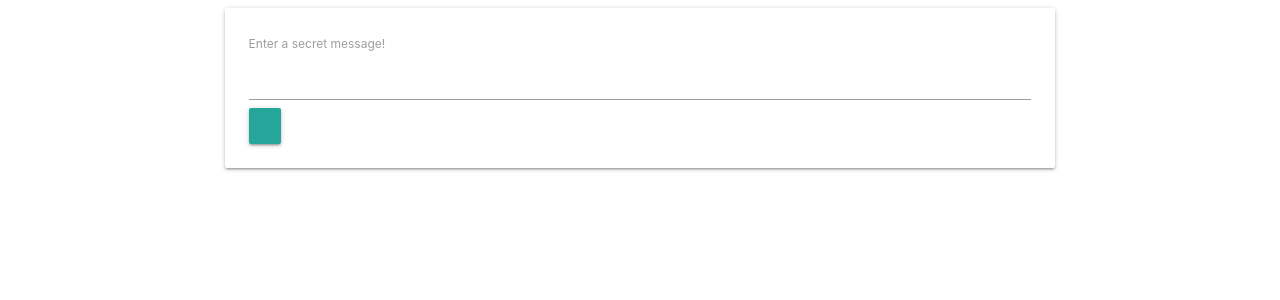
Repository: Sbethm/secret-message-sharing-app
Page: index.html
The author's editor kept a copy of each file at every save. The page is drawn from the files as they stood at one save, then again after the next save.
The browser window is 1280 px wide. The pictures show the whole page.

Above is the page before, as saved 2021-10-11 16:02:33.

### index.html
<!DOCTYPE html>
<html lang="en">
<head>
    <meta charset="UTF-8">
    <meta http-equiv="X-UA-Compatible" content="IE=edge">
    <meta name="viewport" content="width=device-width, initial-scale=1.0">
    <link rel="stylesheet" href="https://cdnjs.cloudflare.com/ajax/libs/materialize/1.0.0/css/materialize.min.css">
    <title>Secret Message Sharing App with Friends!</title>
</head>
<body>
    <div class="row">
        <div class="col s8 offset-s2">
            <div class="card-panel">
                <form action="">
                    <label for="">Enter a secret message!</label>
                    <input />
                    <button class="btn"></button>
                </form>
            </div>
        </div>
    </div>
    <script src="apps.js"></script>
</body>
</html>

Loaded but not shown: apps.js (common file)

After the next save:
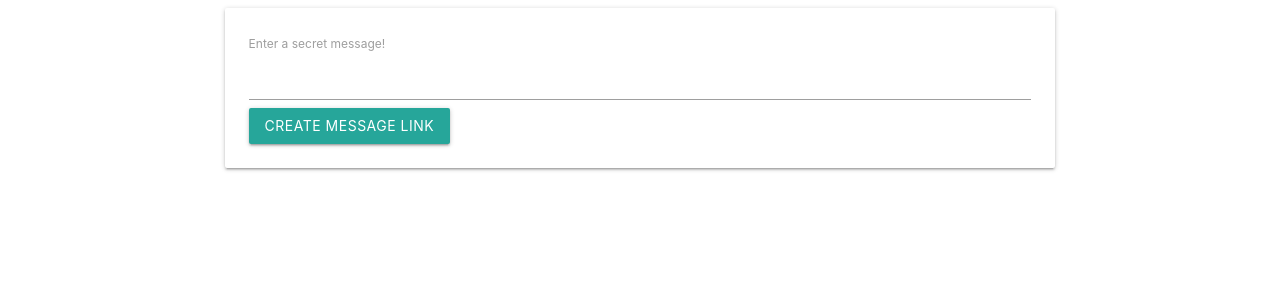
Saved 6 s later.
--- a/index.html
+++ b/index.html
@@ -14,7 +14,7 @@
                 <form action="">
                     <label for="">Enter a secret message!</label>
                     <input />
-                    <button class="btn"></button>
+                    <button class="btn">Create Message Link</button>
                 </form>
             </div>
         </div>
